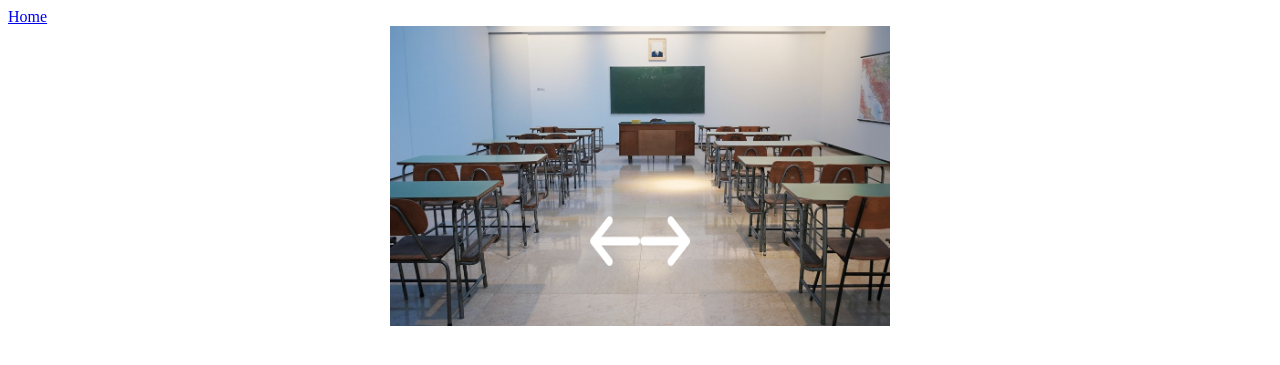
Repository: jjennbui/class8
Page: /carouselPage
The author's editor kept a copy of each file at every save. The page is drawn from the files as they stood at one save, then again after a run of saves.
The browser window is 1280 px wide. The pictures show the whole page.
The project was rebuilt for these pictures with package versions that can differ from the ones it lists, and the page was loaded fresh each time. The framework's server and built-in components were replaced by stand-ins that run in the browser. Also part of the build but not shown: next.config.js.

Above is the page before, as saved 2023-02-20 18:26:37.

After the next 2 saves:
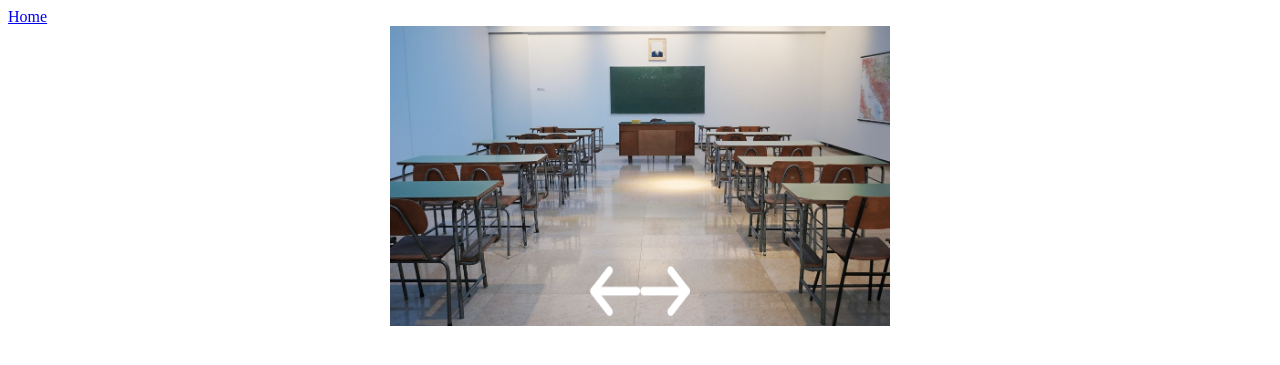
The 2 saves are shown as one change because they came seconds apart.
The last was saved 9 s later.
--- a/components/carousel/carousel.module.css
+++ b/components/carousel/carousel.module.css
@@ -2,7 +2,7 @@
     display: flex;
     justify-content: center;
     position: relative;
-    top: 190px;
+    top: 240px;
 
 }
 
